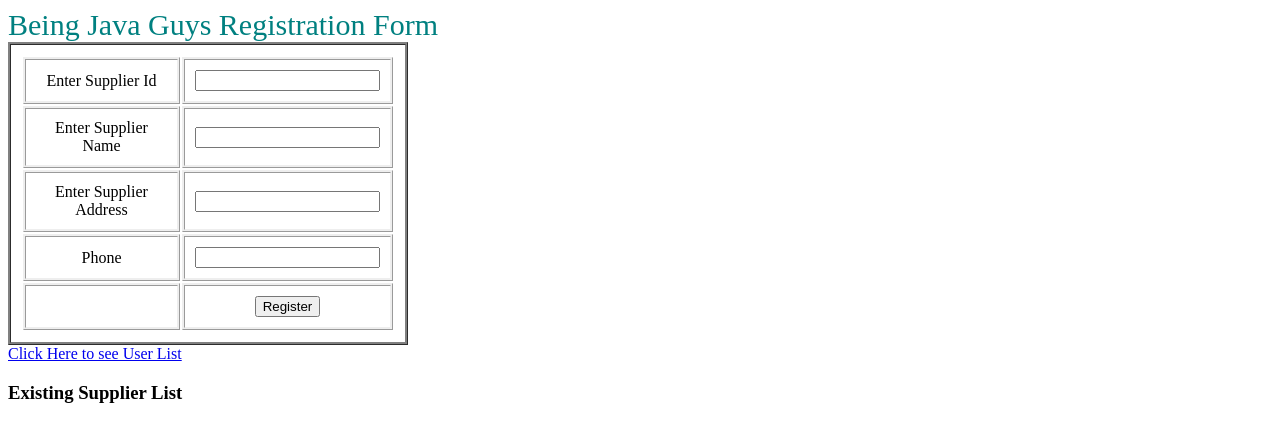
Repository: KaustubhKamat/ShoppingCartProject
Page: http://localhost/NewShoppingCart/WEB-INF/views/DeleteSupplier.jsp
These files come from the project's save history. The page is drawn as it stood at one moment and after the next save; the edit follows.
The browser window is 1280 px wide. The pictures show the whole page.
The page is served by Tomcat 9. Nobody is signed in. The template is opened directly, without the code that normally fills it, so the values that code supplies are empty.

Above is the page before, as saved 2017-01-17 05:15:37.

After the next save:
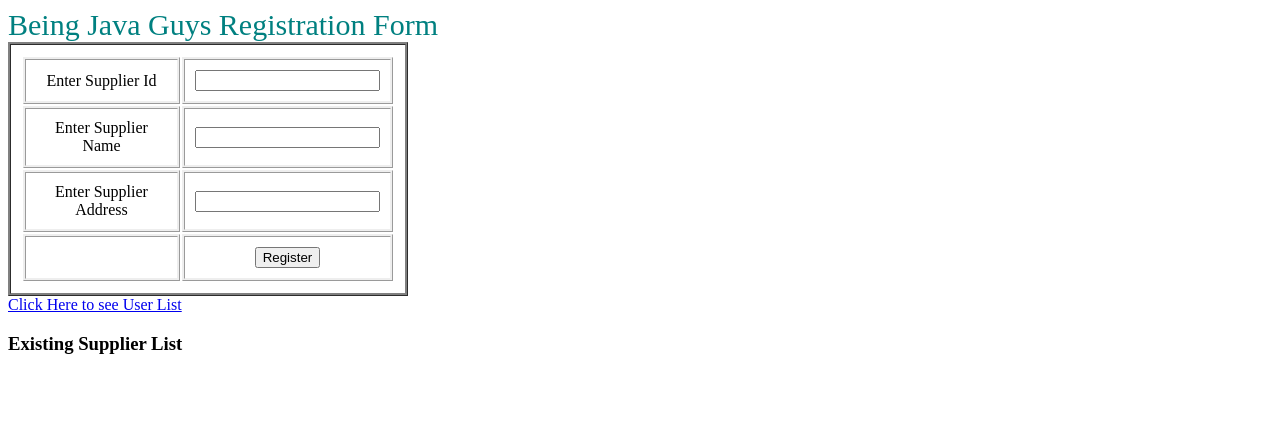
Saved 10 s later.
--- a/NewShoppingCart/src/main/webapp/WEB-INF/views/DeleteSupplier.jsp
+++ b/NewShoppingCart/src/main/webapp/WEB-INF/views/DeleteSupplier.jsp
@@ -40,12 +40,6 @@
      </td>
     </tr>
     <tr>
-     <td><form:label path="phone">Phone</form:label>
-     </td>
-     <td><form:input path="phone" />
-     </td>
-    </tr>
-    <tr>
      <td></td>
      <td><input type="submit" value="Register" /></td>
     </tr>
